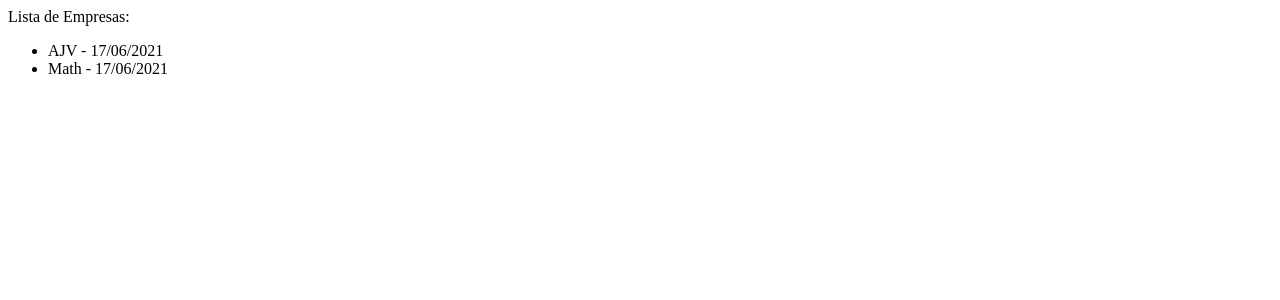
Repository: MathSzoke/JavaWebServlet
Page: http://localhost/gerenciador/listaEmpresas
The author's editor kept a copy of each file at every save. The page is drawn from the files as they stood at one save, then again after the next save.
The browser window is 1280 px wide. The pictures show the whole page.
The page is served by Tomcat 9.

Above is the page before, as saved 2021-06-17 18:23:31.

After the next save:
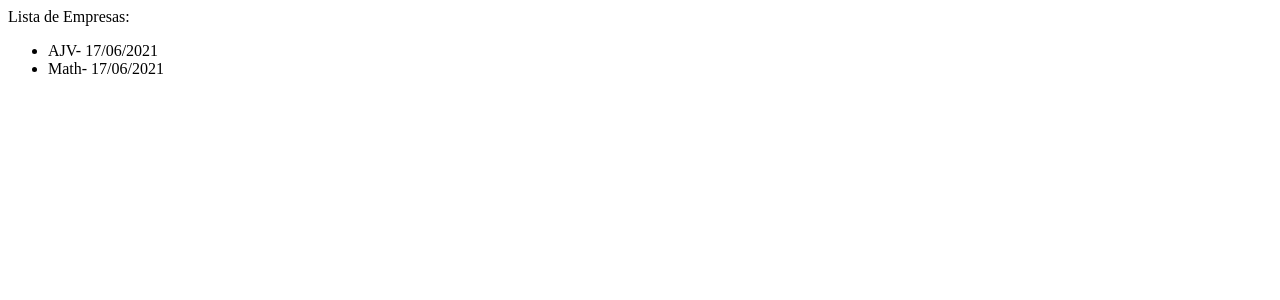
Saved 16 s later.
--- a/gerenciador/WebContent/listaEmpresas.jsp
+++ b/gerenciador/WebContent/listaEmpresas.jsp
@@ -1,9 +1,9 @@
 <%@ page language="java" contentType="text/html; charset=ISO-8859-1"
-    pageEncoding="ISO-8859-1"%>
-    <%@
-    page import="java.util.List, gerenciador.Empresa" %>
-    <%@ taglib uri="http://java.sun.com/jsp/jstl/core" prefix="c" %>
-    <%@ taglib uri="http://java.sun.com/jsp/jstl/fmt" prefix="fmt" %>
+	pageEncoding="ISO-8859-1"%>
+<%@
+    page import="java.util.List, gerenciador.Empresa"%>
+<%@ taglib uri="http://java.sun.com/jsp/jstl/core" prefix="c"%>
+<%@ taglib uri="http://java.sun.com/jsp/jstl/fmt" prefix="fmt"%>
 <!DOCTYPE html>
 <html>
 <head>
@@ -12,15 +12,17 @@
 </head>
 <body>
 
-<c:if test="${not empty empresa }">
+	<c:if test="${not empty empresa }">
 	Empresa ${ empresa } cadastrada com sucesso.
 	 </c:if>
-Lista de Empresas: <br >
+	Lista de Empresas:
+	<br>
 
 	<ul>
 		<c:forEach items="${ empresas }" var="empresa">
 
-			<li>${empresa.nome } - <fmt:formatDate value="${ empresa.dataAbertura }" pattern="dd/MM/yyyy"/></li>
+			<li>${empresa.nome }- <fmt:formatDate
+					value="${ empresa.dataAbertura }" pattern="dd/MM/yyyy" /></li>
 		</c:forEach>
 	</ul>
 </body>
